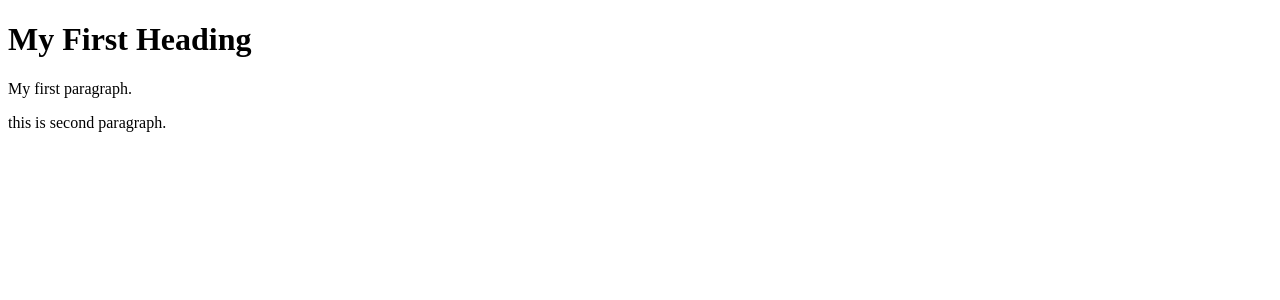
Repository: altacshekhar/test-development
Page: index.html
These files come from the project's save history. The page is drawn as it stood at one moment and after the next save; the edit follows.
The browser window is 1280 px wide. The pictures show the whole page.

Above is the page before, as saved 2018-01-26 00:56:32.

### index.html
<!DOCTYPE html>
<html>

<body>

	<h1>My First Heading</h1>
	<p>My first paragraph.</p>
	<p>this is second paragraph.</p>

</body>

</html>

After the next save:
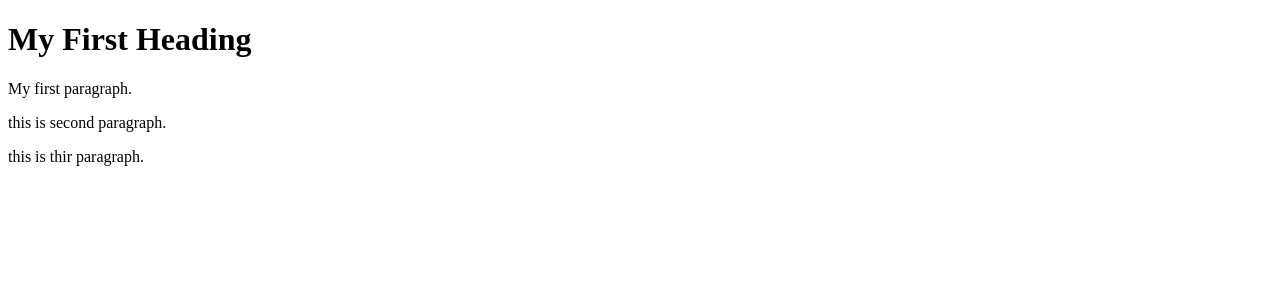
Saved 4 min 55 s later.
--- a/index.html
+++ b/index.html
@@ -6,6 +6,7 @@
 	<h1>My First Heading</h1>
 	<p>My first paragraph.</p>
 	<p>this is second paragraph.</p>
+	<p>this is thir paragraph.</p>
 
 </body>
 
